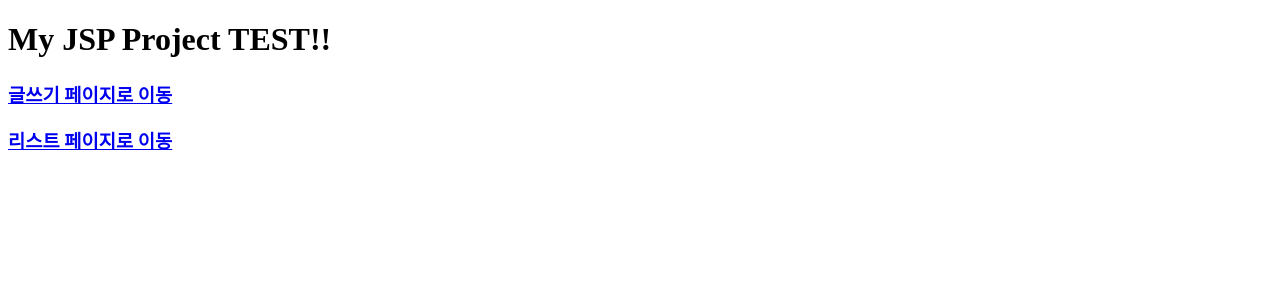
Repository: dlfhrrl12/jsptest
Page: http://localhost/jsp_study2/
An editor plug-in stored every save of this project. The page is shown before and after the next save, followed by the edit.
The browser window is 1280 px wide. The pictures show the whole page.
The page is served by Tomcat 9. Other server files are loaded and not shown.

Above is the page before, as saved 2024-04-16 08:32:35.

### jsp_study2/src/main/webapp/index.jsp
<%@ page language="java" contentType="text/html; charset=UTF-8"
    pageEncoding="UTF-8"%>
<!DOCTYPE html>
<html>
<head>
<meta charset="UTF-8">
<title>Insert title here</title>
</head>
<body>
	<h1>My JSP Project TEST!!</h1>
	<h3><a href="/brd/register">글쓰기 페이지로 이동</a></h3>
	<h3> <a href="/brd/list">리스트 페이지로 이동</a> </h3>
</body>
</html>

After the next save:
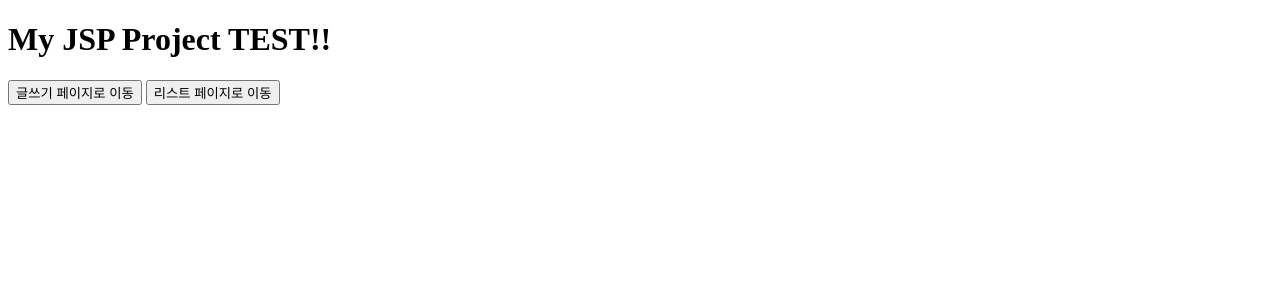
Saved 72 s later.
--- a/jsp_study2/src/main/webapp/index.jsp
+++ b/jsp_study2/src/main/webapp/index.jsp
@@ -8,7 +8,7 @@
 </head>
 <body>
 	<h1>My JSP Project TEST!!</h1>
-	<h3><a href="/brd/register">글쓰기 페이지로 이동</a></h3>
-	<h3> <a href="/brd/list">리스트 페이지로 이동</a> </h3>
+	<a href="/brd/register"> <button> 글쓰기 페이지로 이동</button></a>
+	<a href="/brd/list"> <button>리스트 페이지로 이동 </button></a>
 </body>
 </html>
